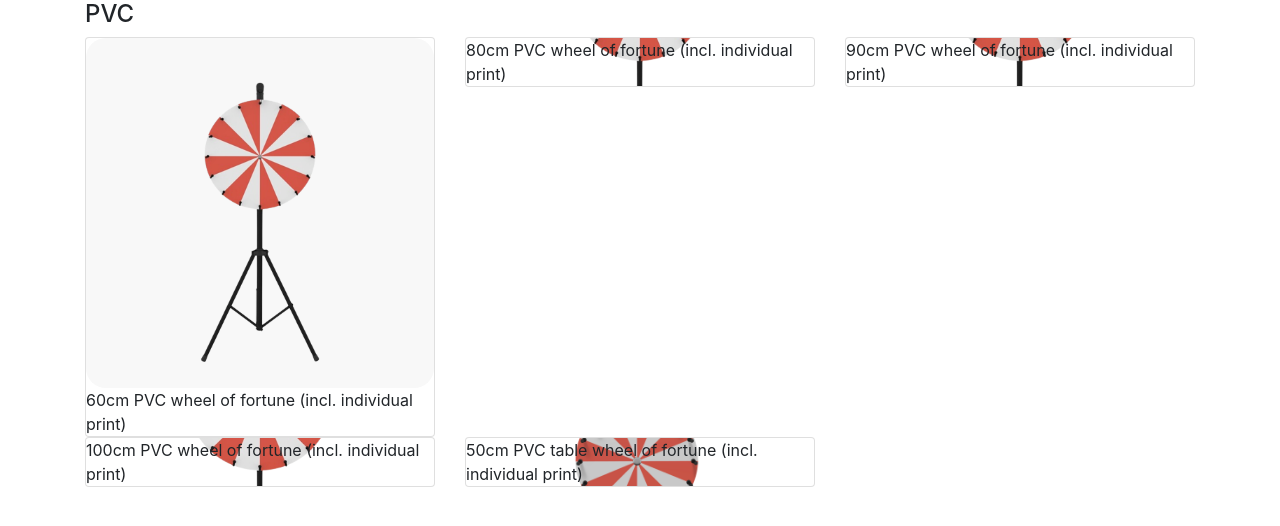
Repository: Awaisp-irfan/fahad-project
Page: pvc.html
The author's editor kept a copy of each file at every save. The page is drawn from the files as they stood at one save, then again after the next save.
The browser window is 1280 px wide. The pictures show the whole page.

Above is the page before, as saved 2022-06-30 09:00:50.

After the next save:
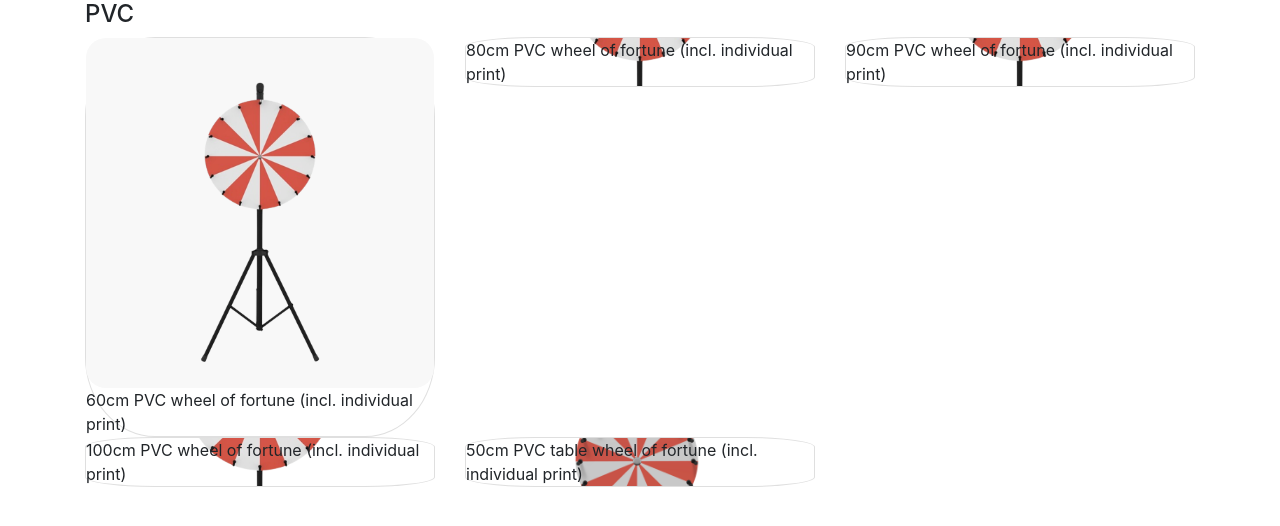
Saved 23 s later.
--- a/style.css
+++ b/style.css
@@ -10,6 +10,9 @@
 .col-lg-4>a > .img-div{
     height: 400px;
     border-radius: 20px;
+}
+.card{
+    border-radius: 20%;
 }
 .card>.img-div{
     height: 350px;
